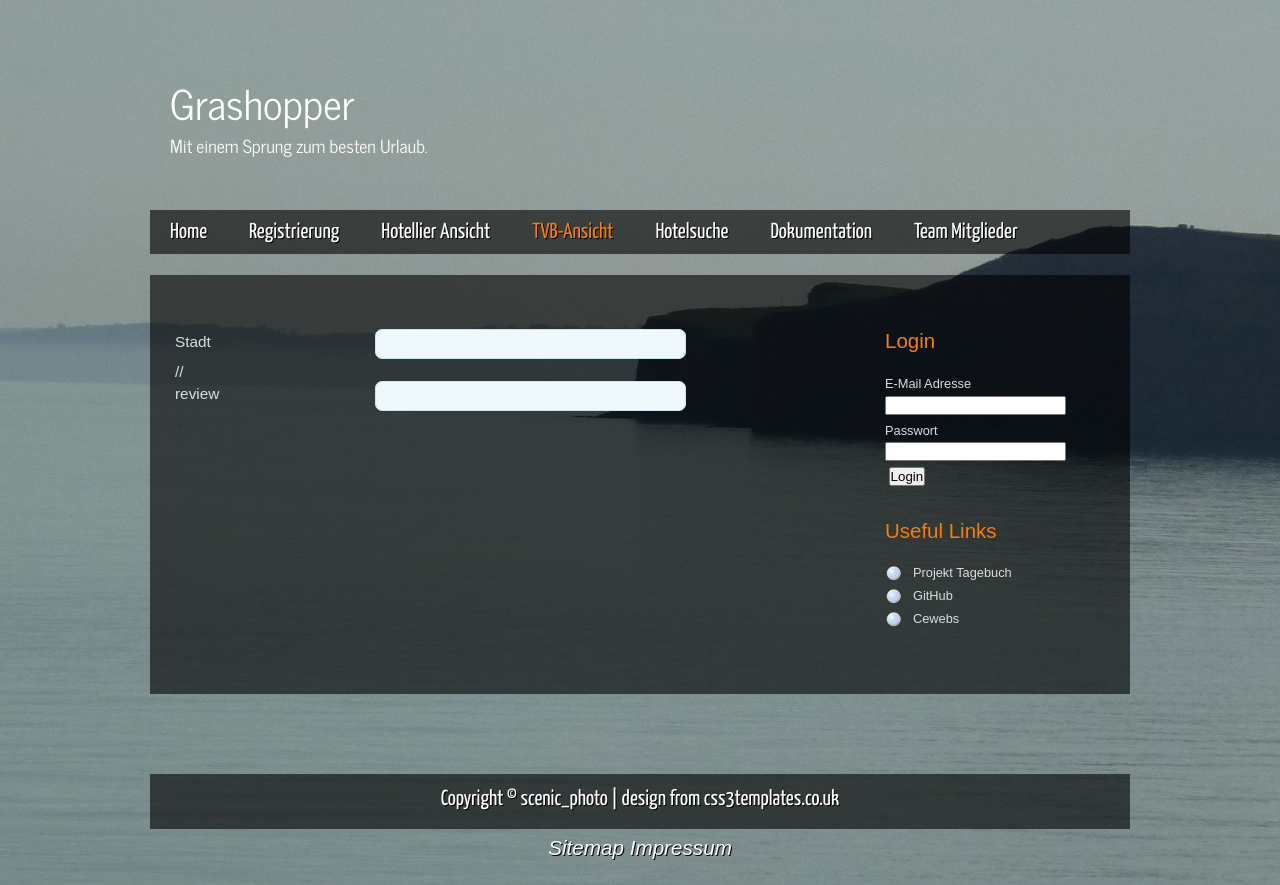
Repository: swe2013hotel2/grashopper
Page: http://localhost/Grasshopper/TVBansichtdetail.jsp
These files come from the project's save history. The page is drawn as it stood at one moment and after the next save; the edit follows.
The browser window is 1280 px wide. The pictures show the whole page.
Backgrounds fixed to the window are drawn as part of the page. The page is served by Tomcat 9.

Above is the page before, as saved 2013-12-16 16:37:36.
Console error: ReferenceError: jQuery is not defined

After the next save:
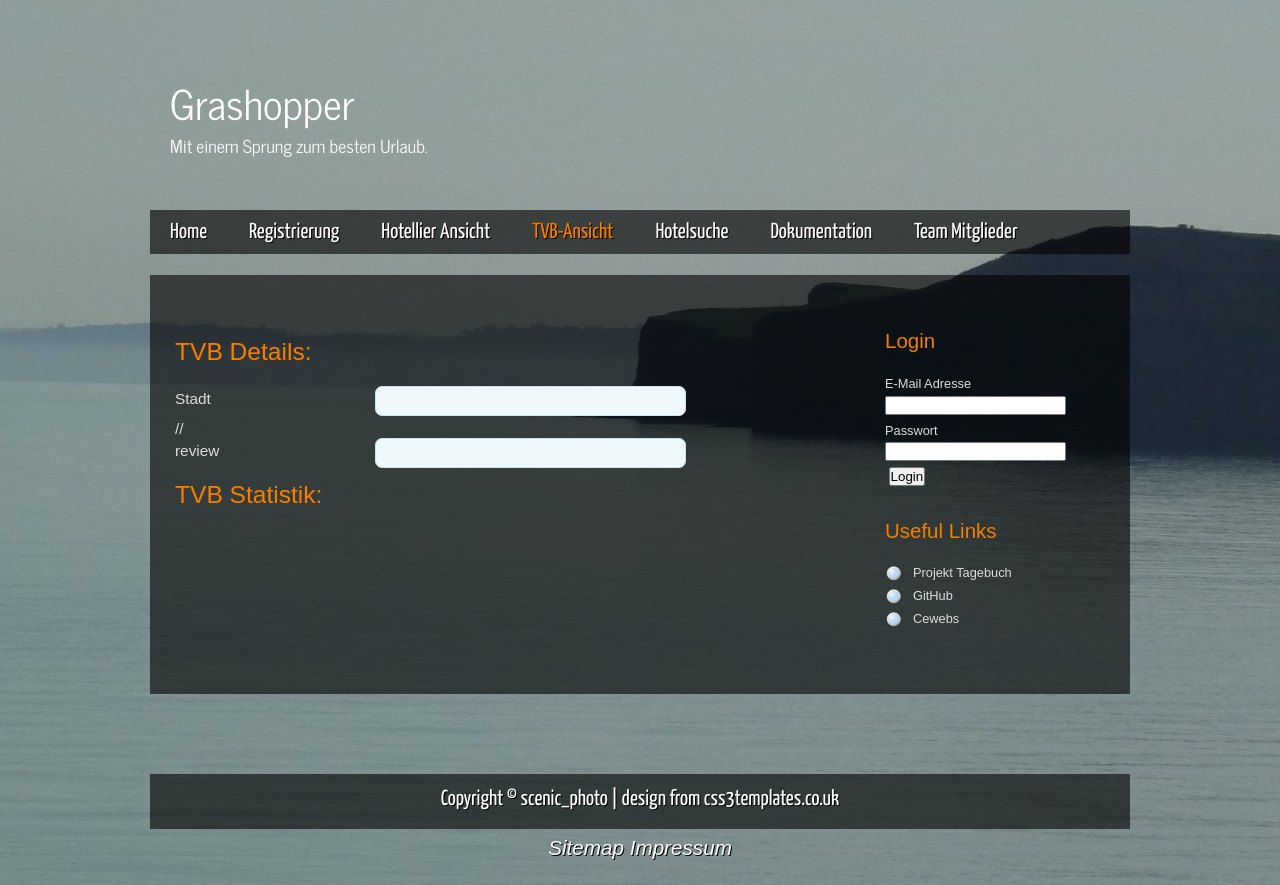
Saved 48 s later.
--- a/workspaceJSP2/Grasshopper/WebContent/TVBansichtdetail.jsp
+++ b/workspaceJSP2/Grasshopper/WebContent/TVBansichtdetail.jsp
@@ -8,9 +8,11 @@
 	<div class="content">
       <div class="form_settings">
 
+		 <h2>TVB Details:</h2>
 		<p><span>Stadt</span><input type="text" name="cityname" value="${cityname}" /></p>
 		//<p><span>review</span><input type="text" name="review" value="${review}" /></p>
 
+		<h2>TVB Statistik:</h2>
 
       </div>
   </div>
